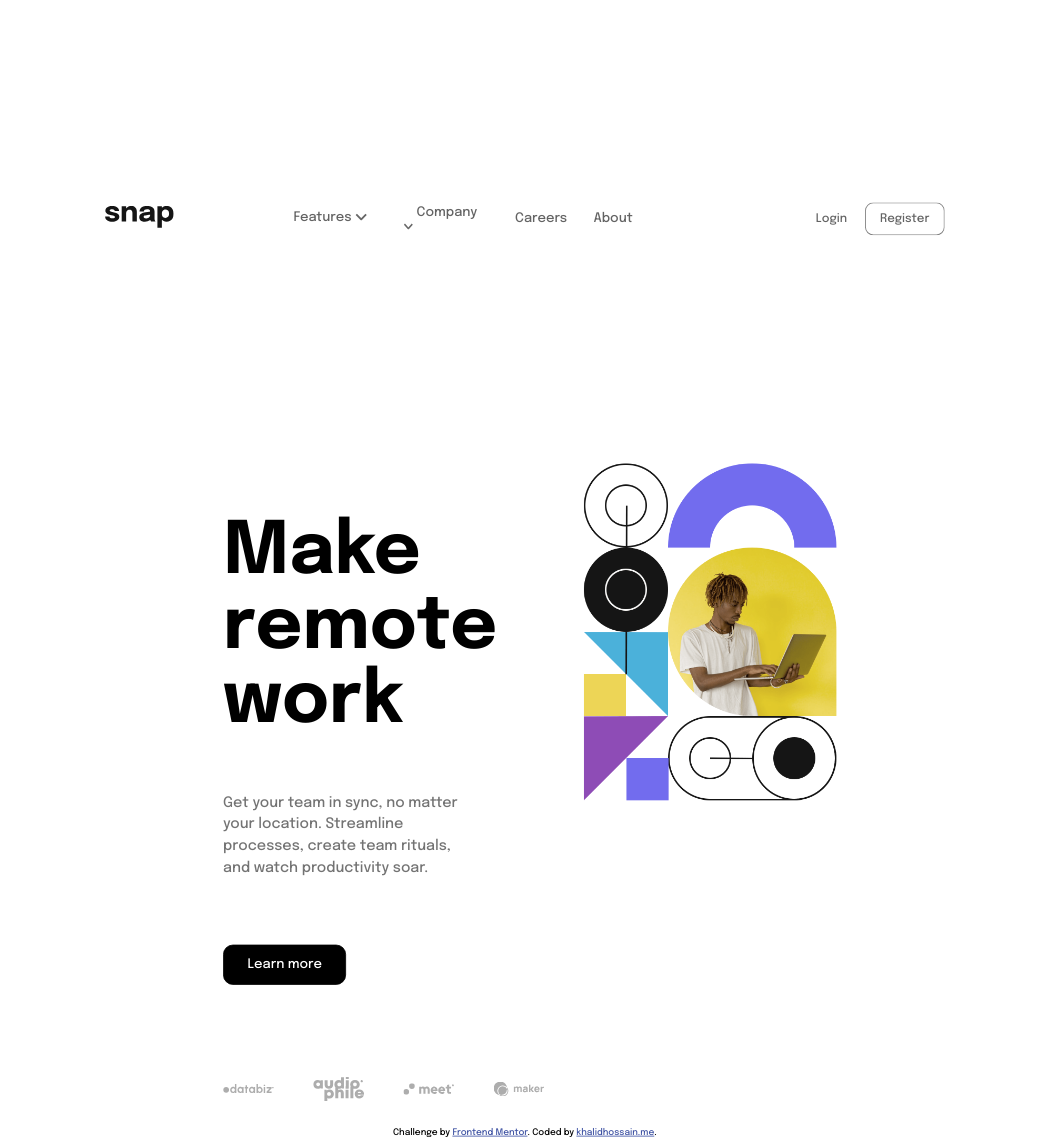
Repository: badhon252/revision
Page: intro-section-with-dropdown-navigation-main/index.html
An editor plug-in stored every save of this project. The page is shown before and after the next save, followed by the edit.
The browser window is 1280 px wide. The pictures show the whole page, at 82% of full size.
The style sheet was rebuilt from its Sass, Less or Tailwind sources for each picture, by a compiler version that may differ from the author's.

Above is the page before, as saved 2022-08-07 03:31:45.

After the next save:
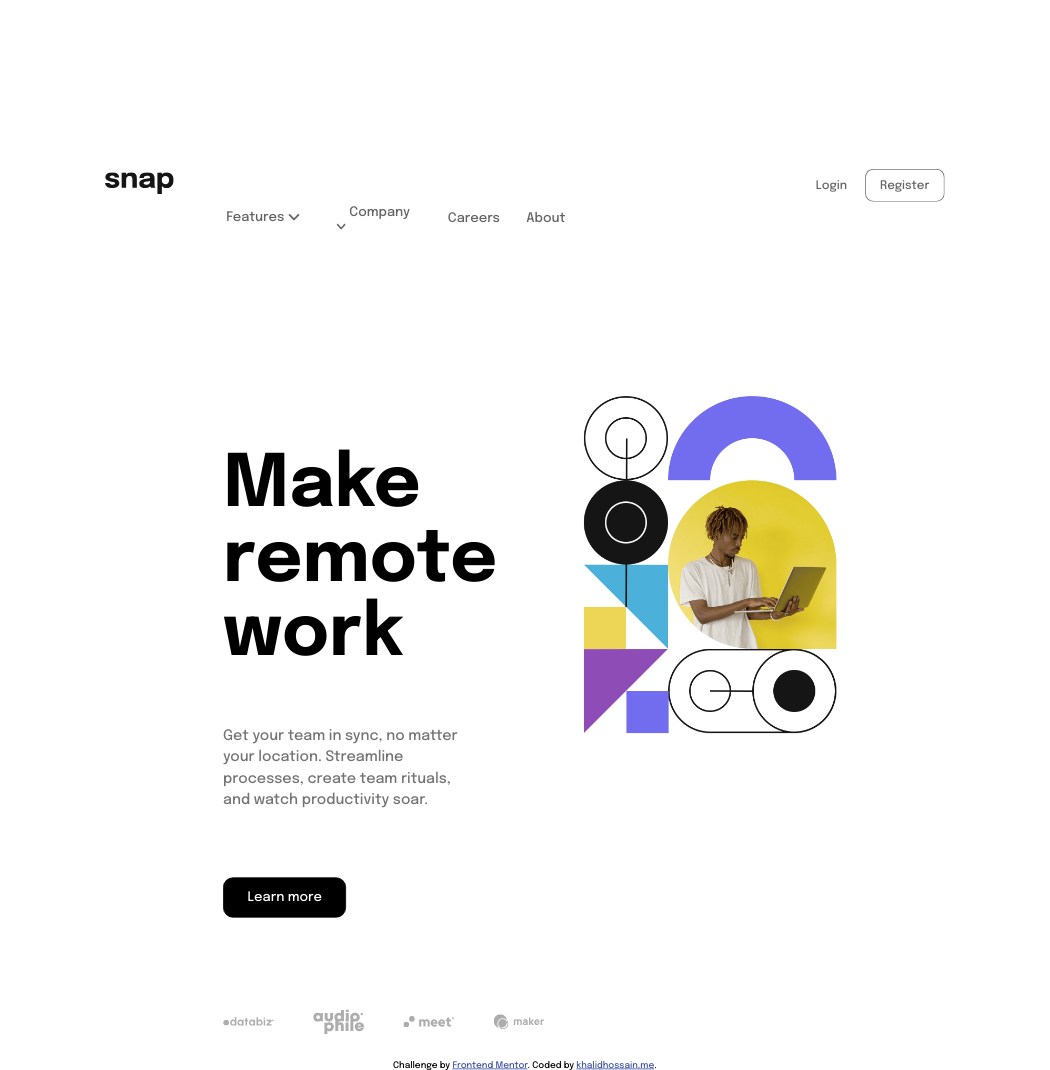
Saved 7 s later.
--- a/intro-section-with-dropdown-navigation-main/scss/style.scss
+++ b/intro-section-with-dropdown-navigation-main/scss/style.scss
@@ -16,7 +16,7 @@
       display: flex;
       align-items: center;
       padding: 0 3rem;
-      margin: 82px;
+      margin-top: 82px;
 
       .nav-items .nav-links {
         text-decoration: none;
